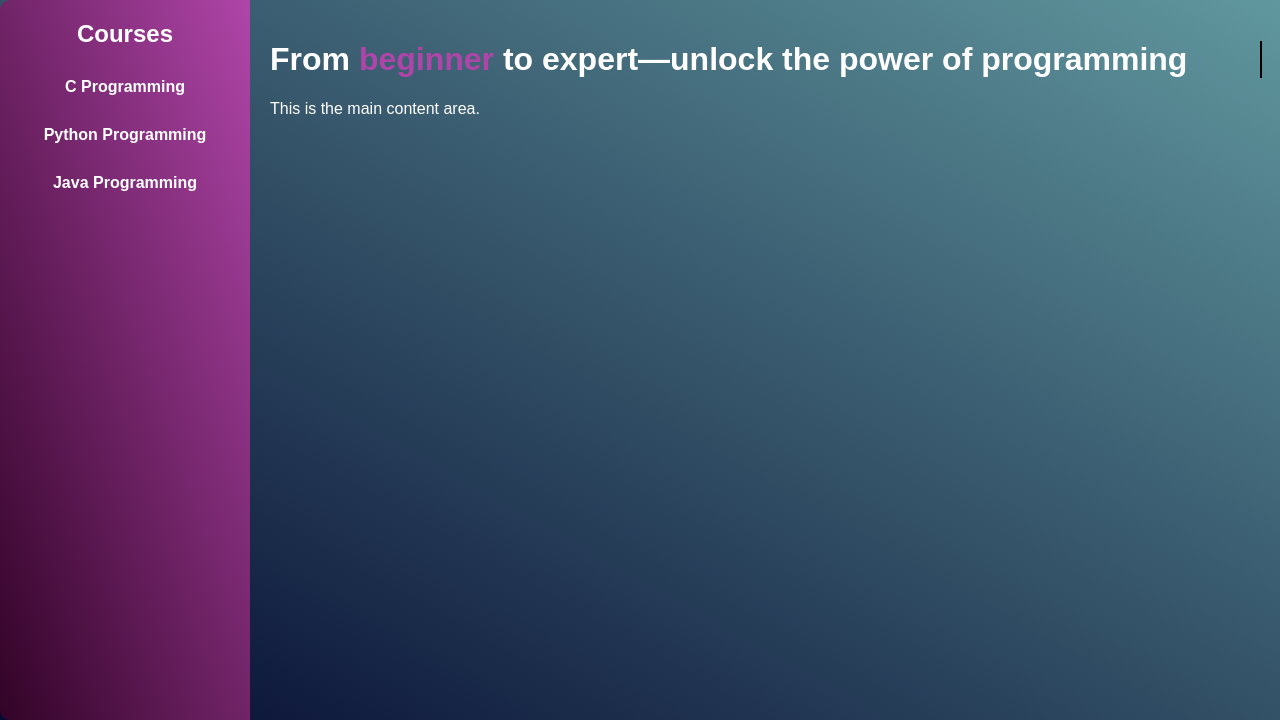
Repository: RishitSharma88/SeaGro
Page: templates/learningcourses.html
These files come from the project's save history. The page is drawn as it stood at one moment and after the next save; the edit follows.
The browser window is 1280 px wide. The pictures show the whole page.
The template is drawn by Flask 3. The application's start-up code is not run. Other server files are loaded and not shown. The template is opened directly, without the code that normally fills it, so the values that code supplies are empty.

Above is the page before, as saved 2024-12-28 13:48:04.

### templates/learningcourses.html
<!DOCTYPE html>
<html lang="en">
<head>
    <meta charset="UTF-8">
    <meta name="viewport" content="width=device-width, initial-scale=1.0">
    <title>Learning Courses</title>
    <style>
        body {
            margin: 0;
            padding: 0;
            font-family: 'Arial', sans-serif;
            background: linear-gradient(to bottom left, #60979e, #050a30);
            color: #FFFFFF;
            display: flex;
            height: 100vh;
            overflow: hidden;
        }

        .sidebar {
            background: linear-gradient(to bottom left, #af45a8, #320327);
            color: #ffff;
            width: 250px;
            height: 100%;
            border-radius: 10px 0 0 10px;
            overflow: auto;
            display: flex;
            flex-direction: column;
            align-items: center;
            position: fixed;
            left: 0;
            top: 0;
            transition: transform 0.3s ease;
        }
        .h {
            font-size: 24px;
            font-weight: bold;
            text-align: center;
            margin: 20px 0;
        }
        .side-links {
            display: flex;
            flex-direction: column;
            gap: 10px;
            width: 100%;
            padding: 0 10px;
        }

        .side-links a {
            text-decoration: none;
            color: #fff;
            font-size: 1rem;
            font-weight: bold;
            padding: 10px;
            border-radius: 5px;
            text-align: center;
            transition: background-color 0.3s ease;
        }

        .side-links a:hover {
            background-color: rgba(255, 255, 255, 0.2);
        }
        .main-content {
            margin-left: 250px;
            flex: 1;
            padding: 20px;
            transition: margin-left 0.3s ease;
        }
        .typing {
            width: 0;
            overflow: hidden;
            white-space: nowrap;
            border-right: 2px solid black;
            animation: typing 3s steps(20) forwards, blink 0.5s step-end infinite;
        }
        @keyframes typing {
            from {
                width: 0;
            }
            to {
                width: 100%;
            }
        }

        @keyframes blink {
            50% {
                border-color: transparent;
            }
        }
        .highlight{
            color:#af45a8
        }

        /*.sidebar.collapsed {
            transform: translateX(-250px);
        }





        .toggle-btn {
            position: fixed;
            top: 50%;
            left: 250px;
            transform: translateY(-50%);
            background: #de7a50;
            color: #fff;
            border: none;
            border-radius: 5px;
            font-size: 20px;
            cursor: pointer;
            transition: left 0.3s ease;
        }

        .toggle-btn.collapsed {
            left: 0;
        }



        .sidebar.collapsed + .main-content {
            margin-left: 0;
        }*/
    </style>
</head>
<body>
    <div class="sidebar">
        <h1 class="h">Courses</h1>
        <div class="side-links">
            <a href="coursetemp.html">C Programming</a>
            <a href="coursetemp.html">Python Programming</a>
            <a href="coursetemp.html">Java Programming</a>
        </div>
    </div>
    <!-- <button class="toggle-btn">&#9664;</button> -->

    <div class="main-content">
        <h1 class="typing">
            From <span class="highlight">beginner</span> to expert—unlock the power of programming
        </h1>
        <p>This is the main content area.</p>
    </div>

    <!-- <script>
        const sidebar = document.querySelector('.sidebar');
        const toggleBtn = document.querySelector('.toggle-btn');

        toggleBtn.addEventListener('click', () => {
            sidebar.classList.toggle('collapsed');
            toggleBtn.classList.toggle('collapsed');


            toggleBtn.innerHTML = sidebar.classList.contains('collapsed') ? '&#9654;' : '&#9664;';
        });
    </script> -->
</body>
</html>

After the next save:
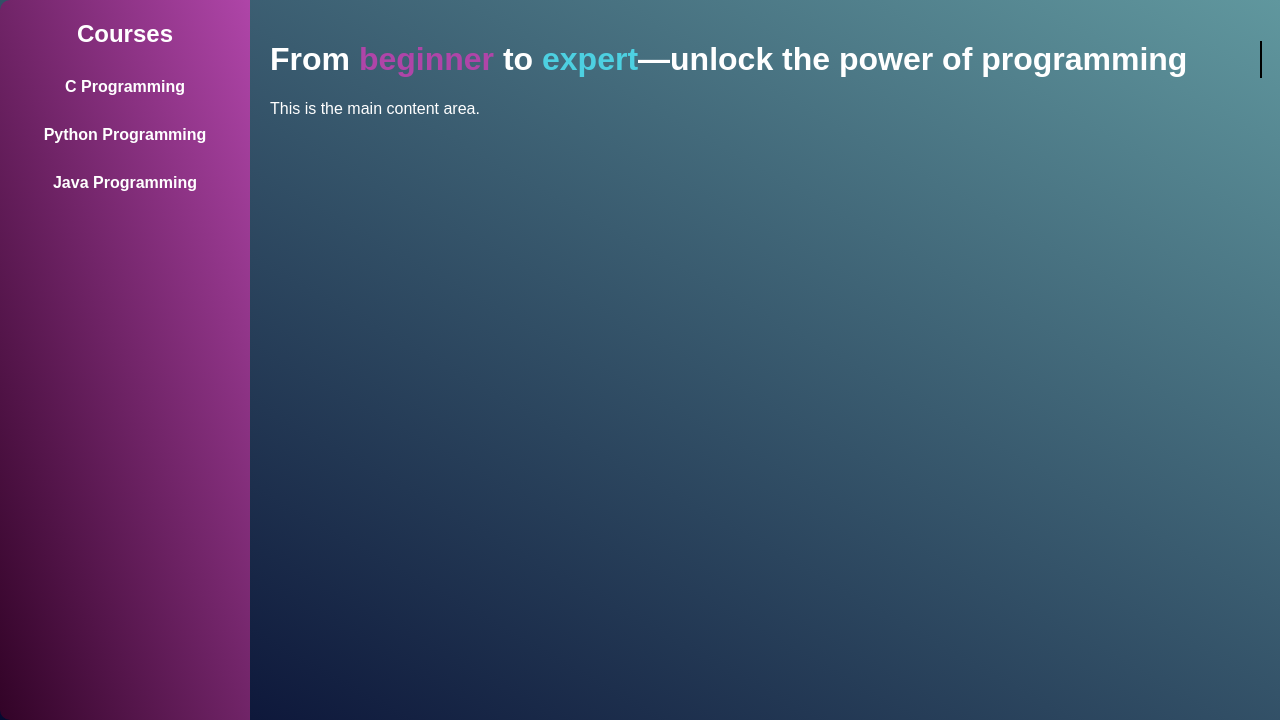
Saved 116 s later.
--- a/templates/learningcourses.html
+++ b/templates/learningcourses.html
@@ -86,8 +86,11 @@
                 border-color: transparent;
             }
         }
-        .highlight{
+        .highlight1{
             color:#af45a8
+        }
+        .highlight2{
+            color:#4dd0e1
         }
 
         /*.sidebar.collapsed {
@@ -136,7 +139,7 @@
 
     <div class="main-content">
         <h1 class="typing">
-            From <span class="highlight">beginner</span> to expert—unlock the power of programming
+            From <span class="highlight1">beginner</span> to <span class="highlight2">expert</span>—unlock the power of programming
         </h1>
         <p>This is the main content area.</p>
     </div>
